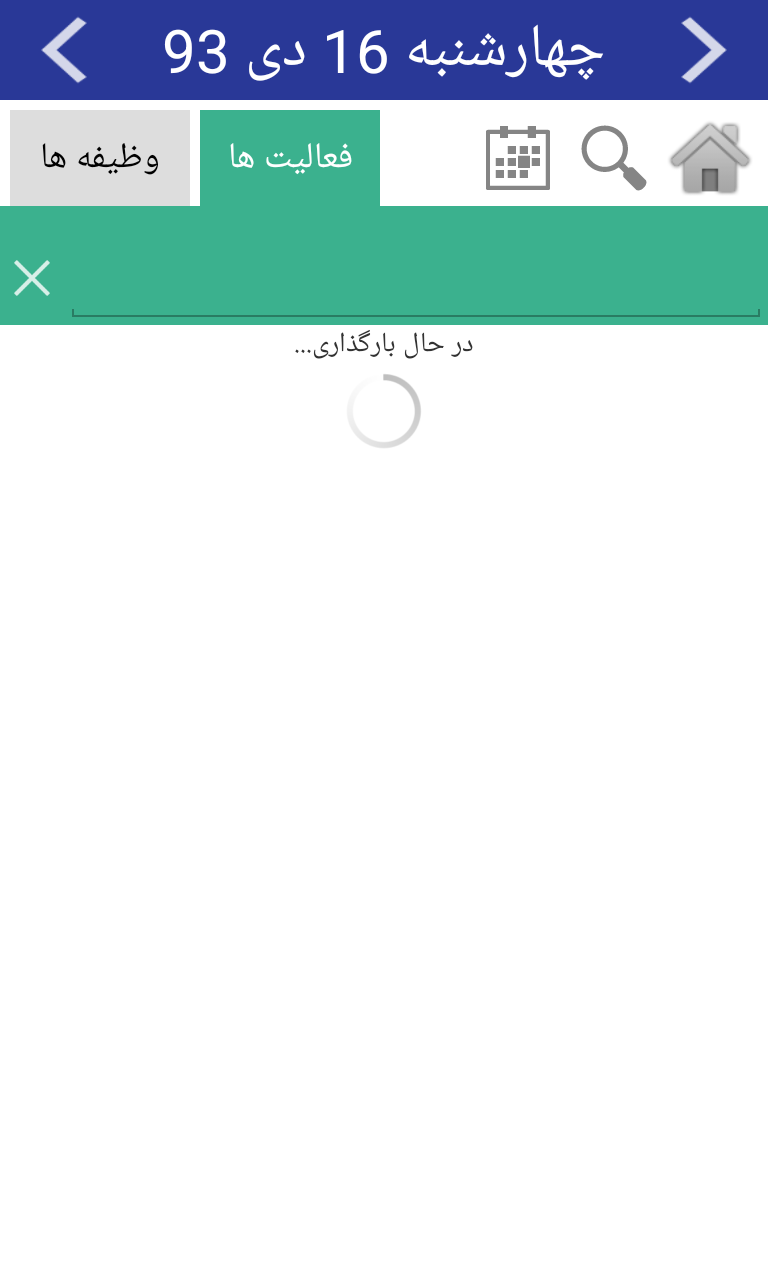
Repository: AtiehPardaz/CRM-Mobile
Layout: Crm-Mobile/res/layout/activity_task_action.xml
An editor plug-in stored every save of this project. The layout is shown before and after the next save, followed by the edit.
It is drawn on a 768 x 1280 px phone screen (xhdpi) without system bars, with theme android:Theme.Holo.Light.NoActionBar.Fullscreen; the app's code is not run. Lists and similar views that code fills are empty.

Above is the layout before, as saved 2015-02-23 12:57:26.

### Crm-Mobile/res/layout/activity_task_action.xml
<?xml version="1.0" encoding="utf-8"?>
<LinearLayout xmlns:android="http://schemas.android.com/apk/res/android"
    android:layout_width="match_parent"
    android:layout_height="match_parent"
    android:orientation="vertical" >

    <LinearLayout
        android:layout_width="match_parent"
        android:layout_height="50dp"
        android:background="@color/blue_titlecolor"
        android:gravity="center"
        android:orientation="horizontal" >

        <ImageButton
            android:id="@+id/imageButton1"
            android:layout_width="wrap_content"
            android:layout_height="wrap_content"
            android:background="@drawable/ic_action_back_item" />

        <View
            android:id="@+id/View04"
            android:layout_width="0dp"
            android:layout_height="0dp"
            android:layout_weight="1" />

        <TextView
            android:id="@+id/tv_title_monthview_taskaction"
            android:layout_width="wrap_content"
            android:layout_height="wrap_content"
            android:layout_gravity="center"
            android:text="چهارشنبه 16 دی 93"
            android:textAppearance="?android:attr/textAppearanceLarge"
            android:textColor="#ffffff"
            android:textSize="30sp" />

        <View
            android:id="@+id/View03"
            android:layout_width="0dp"
            android:layout_height="0dp"
            android:layout_weight="1" />

        <ImageButton
            android:id="@+id/imageButton2"
            android:layout_width="wrap_content"
            android:layout_height="wrap_content"
            android:background="@drawable/ic_action_next_item" />

    </LinearLayout>

    <View
        android:id="@+id/View02"
        android:layout_width="0dp"
        android:layout_height="5dp" />

    <LinearLayout
        android:layout_width="match_parent"
        android:layout_height="wrap_content"
        android:layout_gravity="right|center"
        android:gravity="right"
        android:orientation="horizontal" >

        <Button
            android:id="@+id/btn_task_taskaction"
            android:layout_width="90dp"
            android:layout_height="wrap_content"
            android:layout_gravity="left"
            android:layout_marginLeft="5dp"
            android:layout_marginRight="5dp"
            android:background="@color/bg_action_gray"
            android:paddingLeft="5dp"
            android:paddingRight="5dp"
            android:text="وظیفه ها" />

        <Button
            android:id="@+id/btn_action_taskaction"
            android:layout_width="90dp"
            android:layout_height="wrap_content"
            android:layout_gravity="left"
            android:background="@color/bg_action_green"
            android:paddingLeft="5dp"
            android:paddingRight="5dp"
            android:text="فعالیت ها"
            android:textColor="#ffffff" />

        <View
            android:id="@+id/View05"
            android:layout_width="0dp"
            android:layout_height="0dp"
            android:layout_weight="1" />

        <ImageButton
            android:id="@+id/btn_monthview_taskaction"
            android:layout_width="48dp"
            android:layout_height="48dp"
            android:layout_gravity="center"
            android:background="@drawable/taghvim" />

        <ImageButton
            android:id="@+id/btn_search_taskaction"
            android:layout_width="48dp"
            android:layout_height="48dp"
            android:layout_gravity="center"
            android:background="@drawable/search" />

        <ImageButton
            android:id="@+id/btn_home_taskaction"
            android:layout_width="48dp"
            android:layout_height="48dp"
            android:layout_marginRight="5dp"
            android:background="@drawable/home" />
    </LinearLayout>

    <LinearLayout
        android:layout_width="match_parent"
        android:layout_height="wrap_content"
        android:background="@color/bg_action_green"
        android:orientation="vertical" >

        <View
            android:id="@+id/View01"
            android:layout_width="0dp"
            android:layout_height="20dp"
            android:layout_weight="2" />

        <LinearLayout
            android:id="@+id/ll_search_taskaction"
            android:layout_width="match_parent"
            android:layout_height="wrap_content"
            android:layout_weight="2"
            android:visibility="visible" >

            <ImageButton
                android:id="@+id/imgbtn_clearsearch_taskaction"
                android:layout_width="32dp"
                android:layout_height="32dp"
                android:background="@drawable/cancel" />

            <EditText
                android:id="@+id/et_search_taskaction"
                android:layout_width="match_parent"
                android:layout_height="wrap_content"
                android:layout_weight="2"
                android:ems="10"
                android:gravity="right" />

        </LinearLayout>

    </LinearLayout>

    <LinearLayout
        android:id="@+id/LinearLayout1"
        android:layout_width="match_parent"
        android:layout_height="match_parent"
        android:layout_gravity="center"
        android:gravity="center"
        android:orientation="vertical" >

        <LinearLayout
            android:id="@+id/ll_loading_taskaction"
            android:layout_width="wrap_content"
            android:layout_height="wrap_content"
            android:orientation="vertical"
            android:visibility="visible" >

            <TextView
                android:id="@+id/tv_loadin_taskaction"
                android:layout_width="wrap_content"
                android:layout_height="wrap_content"
                android:gravity="center"
                android:text="در حال بارگذاری..."
                android:visibility="visible" />

            <ProgressBar
                android:id="@+id/progressBar1_taskaction"
                android:layout_width="wrap_content"
                android:layout_height="wrap_content"
                android:layout_gravity="center" />
        </LinearLayout>

        <ListView
            android:id="@+id/lv_task_action"
            android:layout_width="fill_parent"
            android:layout_height="wrap_content"
            android:layout_weight="1"
            android:focusable="false"
            android:visibility="visible" >
        </ListView>
    </LinearLayout>

</LinearLayout>

### Crm-Mobile/res/values/colors.xml
<?xml version="1.0" encoding="utf-8"?>
<resources>

    <color name="first_row_text_color">#000000</color>
    <color name="holidays_text_color">#FF0000</color>
    <color name="first_row_background_color">#DDDDDD</color>

    <!-- solely used on QiblaCompassView -->
    <color name="background_color">#6E97B9</color>
    <color name="marker_color">#FFFFFF</color>
    <color name="text_color">#000000</color>
    <color name="bg_action_green">#3BB18E</color>
    <color name="bg_action_gray"> #dddddd</color>
    <color name="white_color"> #ffffff</color>
    <color name="blue_titlecolor"> #293897</color>

</resources>

After the next save:
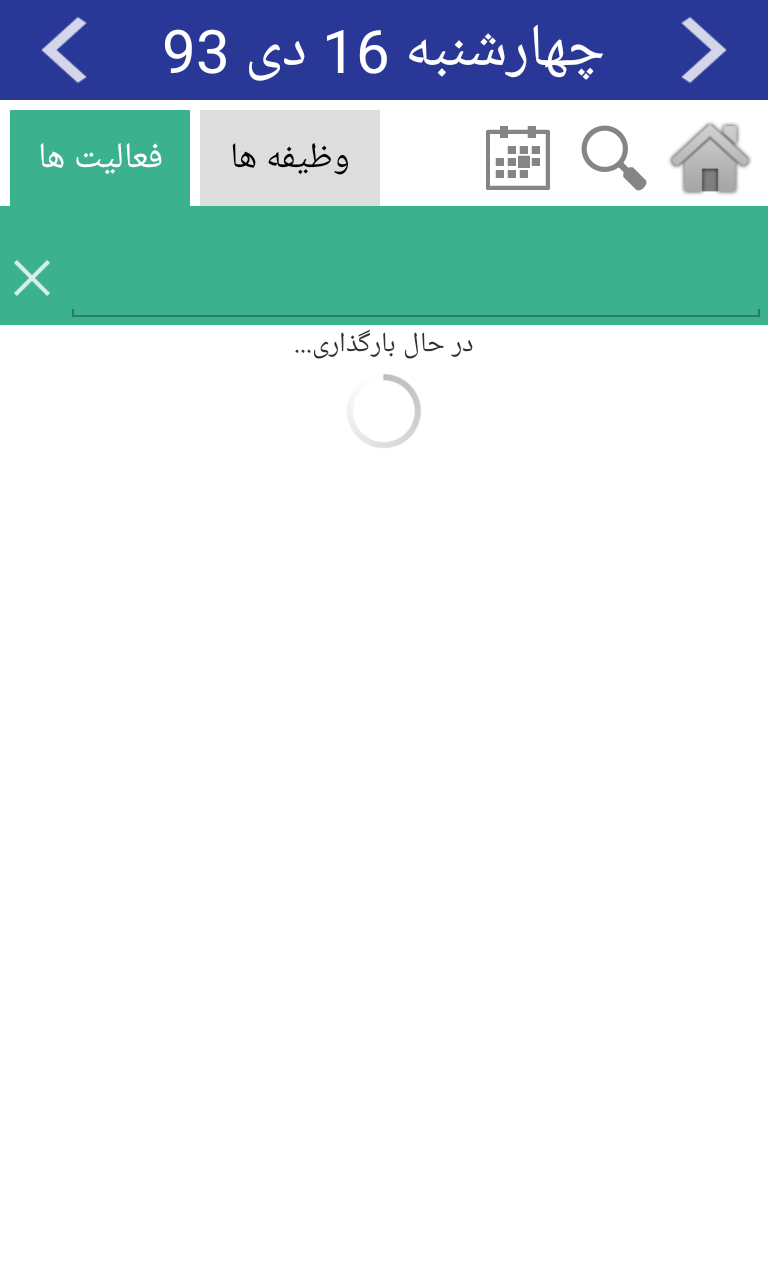
Saved 86 s later.
--- a/Crm-Mobile/res/layout/activity_task_action.xml
+++ b/Crm-Mobile/res/layout/activity_task_action.xml
@@ -59,6 +59,18 @@
         android:gravity="right"
         android:orientation="horizontal" >
 
+<Button
+    android:id="@+id/btn_action_taskaction"
+    android:layout_width="90dp"
+    android:layout_height="wrap_content"
+    android:layout_gravity="left"
+    android:layout_marginLeft="5dp"
+    android:background="@color/bg_action_green"
+    android:paddingLeft="5dp"
+    android:paddingRight="5dp"
+    android:text="فعالیت ها"
+    android:textColor="#ffffff" />
+
         <Button
             android:id="@+id/btn_task_taskaction"
             android:layout_width="90dp"
@@ -71,16 +83,7 @@
             android:paddingRight="5dp"
             android:text="وظیفه ها" />
 
-        <Button
-            android:id="@+id/btn_action_taskaction"
-            android:layout_width="90dp"
-            android:layout_height="wrap_content"
-            android:layout_gravity="left"
-            android:background="@color/bg_action_green"
-            android:paddingLeft="5dp"
-            android:paddingRight="5dp"
-            android:text="فعالیت ها"
-            android:textColor="#ffffff" />
+
 
         <View
             android:id="@+id/View05"
